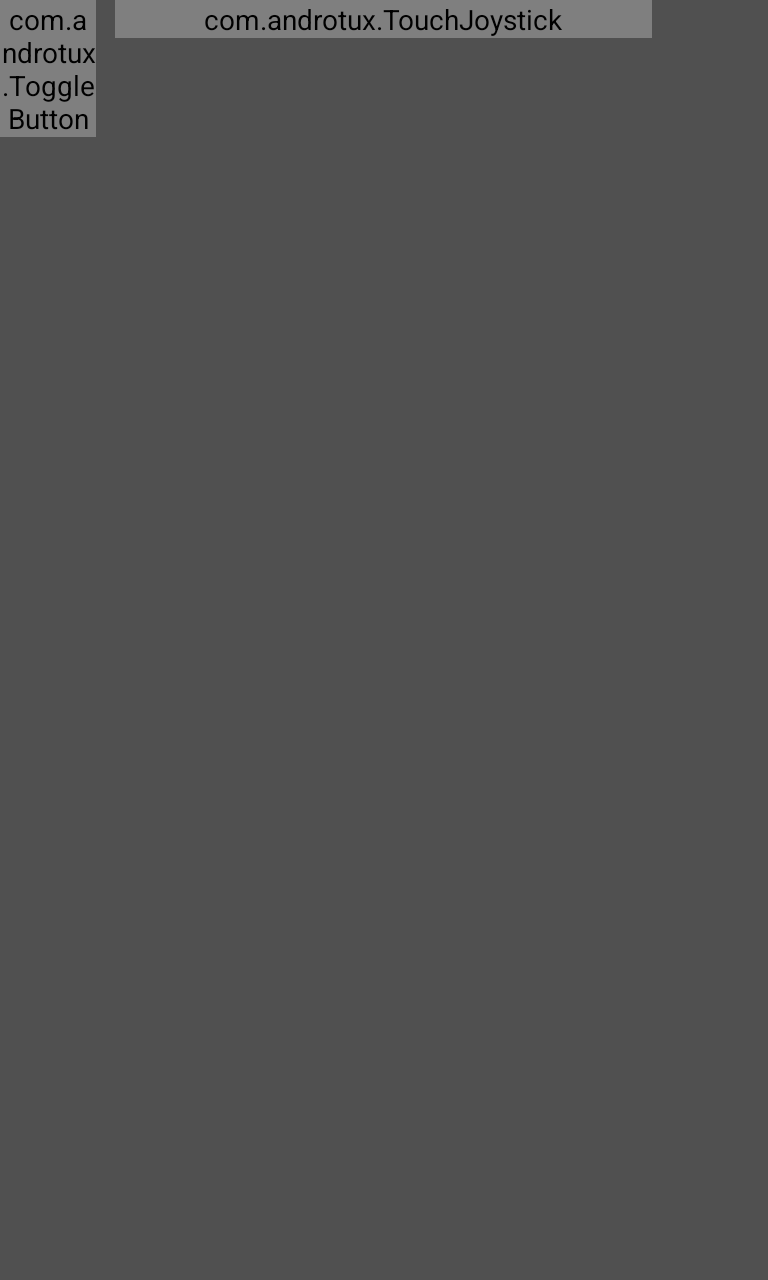
Repository: itayrom/androtux
Layout: app/AndroTux/res/layout/fragment_gamepad.xml
These files come from the project's save history. The layout is drawn as it stood at one moment and after the next save; the edit follows.
Pictures or frames that could not be fetched are drawn as grey boxes. It is drawn on a 768 x 1280 px phone screen (xhdpi) without system bars, with theme android:Theme.NoTitleBar.Fullscreen; the app's code is not run.

Above is the layout before, as saved 2014-09-09 13:18:27.

After the next save:
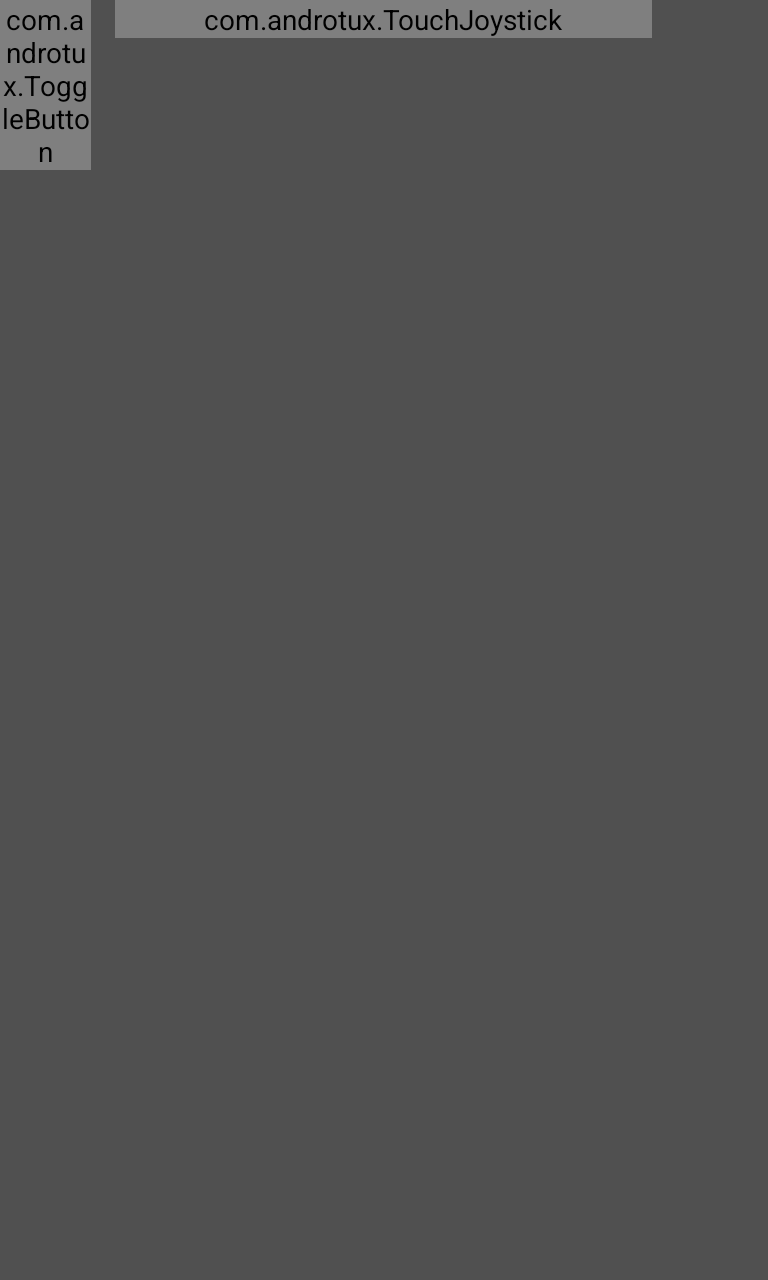
Saved 25 s later.
--- a/app/AndroTux/res/layout/fragment_gamepad.xml
+++ b/app/AndroTux/res/layout/fragment_gamepad.xml
@@ -13,8 +13,8 @@
 
         <com.androtux.ToggleButton
         android:id="@+id/tbWheel"
-        android:layout_width="48dp"
-        android:layout_height="match_parent"
+        android:layout_width="wrap_content"
+        android:layout_height="wrap_content"
         app:offColor="#ffffff"
         app:onColor="#2b74e1"
         app:isTab="true"
